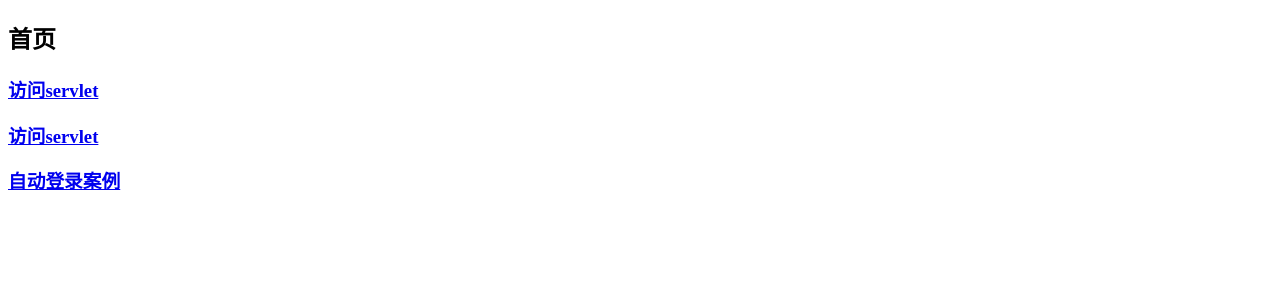
Repository: iamsongpeng/java-web-demo
Page: http://localhost/java-web-demo-filter/
These files come from the project's save history. The page is drawn as it stood at one moment and after the next save; the edit follows.
The browser window is 1280 px wide. The pictures show the whole page.
The page is served by Tomcat 9. Other server files are loaded and not shown.

Above is the page before, as saved 2017-06-12 15:46:44.

### java-web-demo-filter/WebContent/index.jsp
<%@ page language="java" contentType="text/html; charset=UTF-8"
    pageEncoding="UTF-8"%>
<!DOCTYPE html PUBLIC "-//W3C//DTD HTML 4.01 Transitional//EN" "http://www.w3.org/TR/html4/loose.dtd">
<html>
<head>
<meta http-equiv="Content-Type" content="text/html; charset=UTF-8">
<title>Insert title here</title>
</head>
<body>
	<h2>首页</h2>
	<h3><a href="${pageContext.request.contextPath }/hello">访问servlet</a></h3>
	<h3><a href="${pageContext.request.contextPath }/demo02/lifecycle.jsp">访问servlet</a></h3>
	<h3><a href="${pageContext.request.contextPath }/demo02/index.jsp">自动登录案例</a></h3>
</body>
</html>

After the next save:
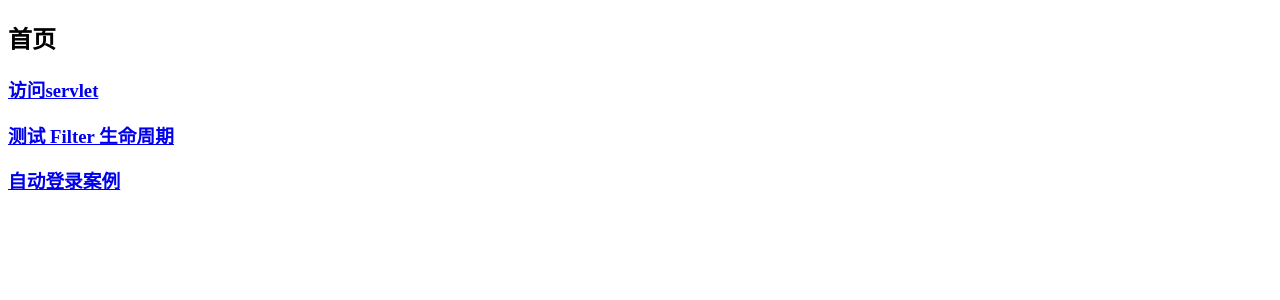
Saved 36 s later.
--- a/java-web-demo-filter/WebContent/index.jsp
+++ b/java-web-demo-filter/WebContent/index.jsp
@@ -9,7 +9,7 @@
 <body>
 	<h2>首页</h2>
 	<h3><a href="${pageContext.request.contextPath }/hello">访问servlet</a></h3>
-	<h3><a href="${pageContext.request.contextPath }/demo02/lifecycle.jsp">访问servlet</a></h3>
+	<h3><a href="${pageContext.request.contextPath }/demo02/lifecycle.jsp">测试 Filter 生命周期</a></h3>
 	<h3><a href="${pageContext.request.contextPath }/demo02/index.jsp">自动登录案例</a></h3>
 </body>
 </html>
